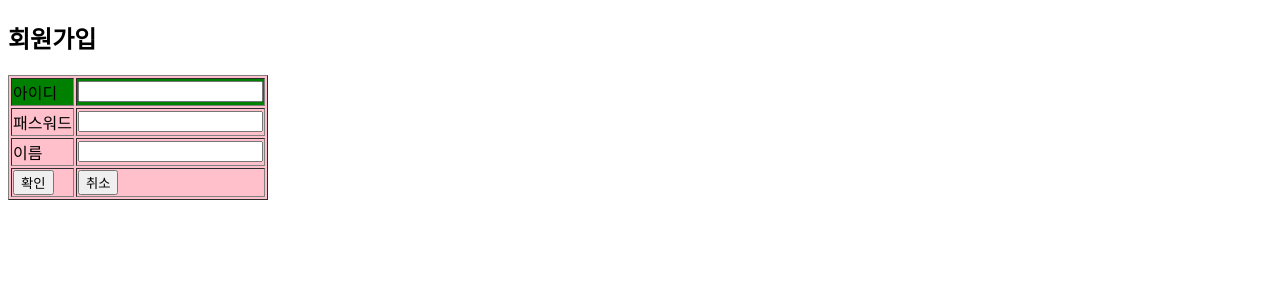
Repository: SongHyeSun/JSP
Page: http://localhost/och11/session/person.jsp
These files come from the project's save history. The page is drawn as it stood at one moment and after the next save; the edit follows.
The browser window is 1280 px wide. The pictures show the whole page.
The pointer rests on the first visible `tr`.
The page is served by Tomcat 9. Other server files are loaded and not shown.

Above is the page before, as saved 2024-07-18 07:07:17.

### jspSrc17/och11/src/main/webapp/session/person.jsp
<%@ page language="java" contentType="text/html; charset=UTF-8"
    pageEncoding="UTF-8"%>
<!DOCTYPE html>
<html>
<head>
<meta charset="UTF-8">
<title>Insert title here</title>
<style type="text/css">
	table {background-color: pink;}
	tr:hover {background-color: green;}
</style>
</head>
<body>
	<h2>회원가입</h2>
	<form action="agree.jsp">
		<table border="1">
			<tr><td>아이디</td><td><input type="text" name="id"
				required="required"></td></tr>
			<tr><td>패스워드</td><td><input type="password" name="password"
				required="required"></td></tr>
			<tr><td>이름</td><td><input type="text" name="name"
				required="required"></td></tr>
			<tr><td><input type="submit" value="확인"></td>
				<td><input type="reset" value="취소"></td></tr>
		</table>
	</form>
</body>
</html>

After the next save:
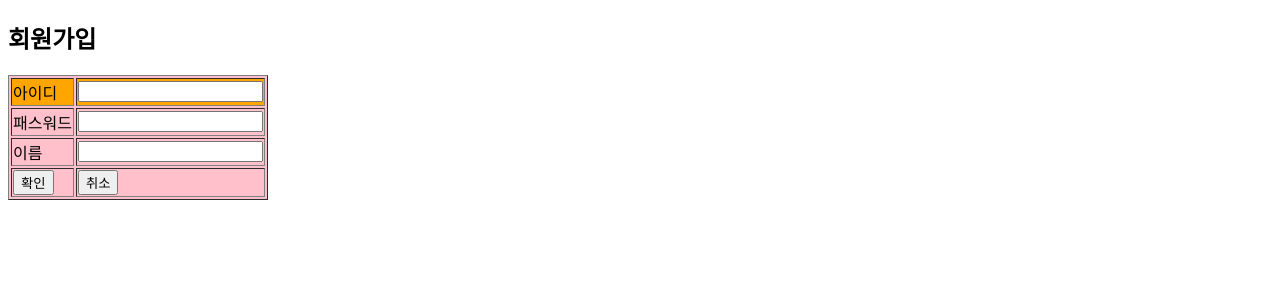
Saved 2 min 8 s later.
--- a/jspSrc17/och11/src/main/webapp/session/person.jsp
+++ b/jspSrc17/och11/src/main/webapp/session/person.jsp
@@ -7,7 +7,7 @@
 <title>Insert title here</title>
 <style type="text/css">
 	table {background-color: pink;}
-	tr:hover {background-color: green;}
+	tr:hover {background-color: orange;}
 </style>
 </head>
 <body>
